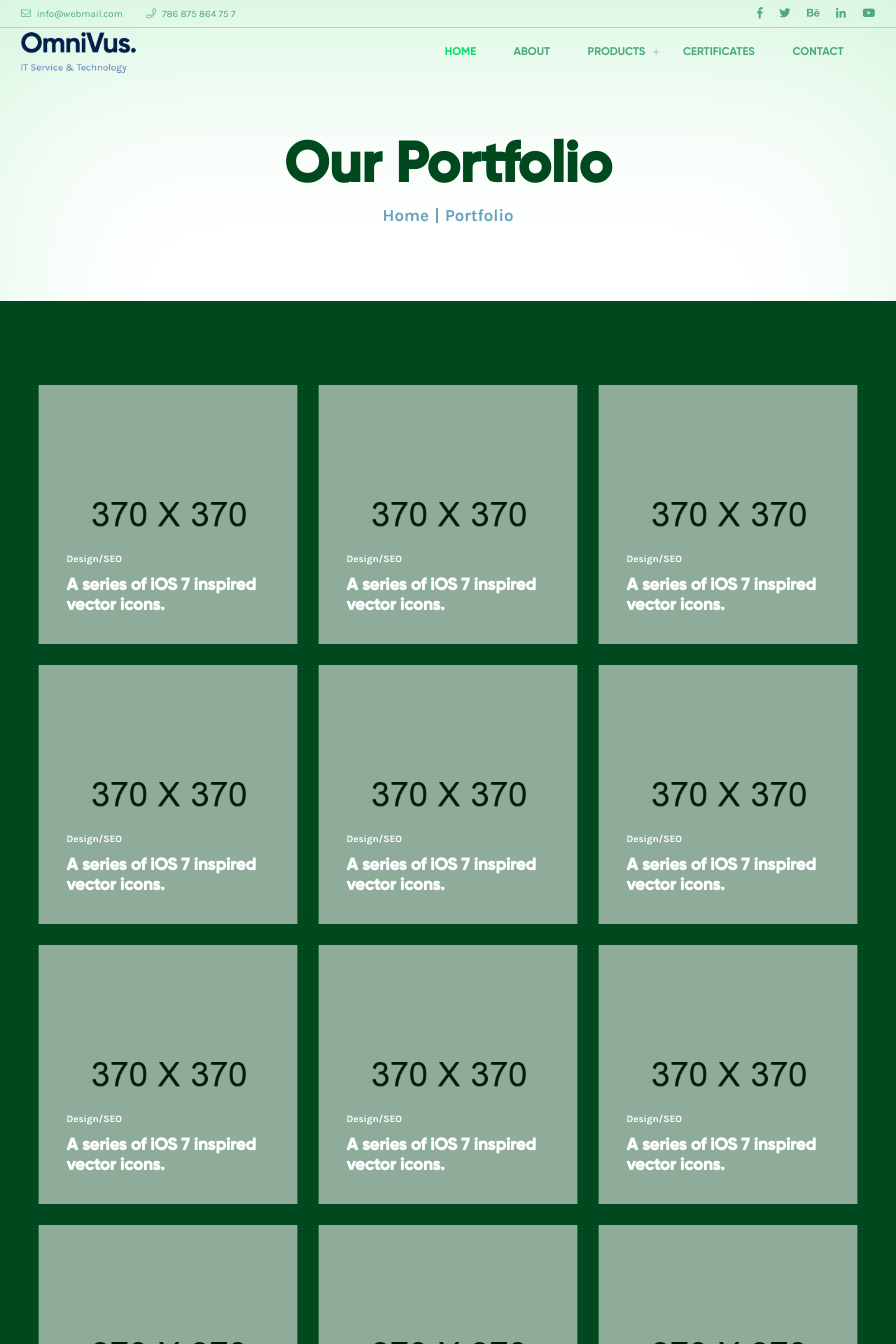
Repository: ziadmoh/alrehab-organic
Page: certificates.html
The author's editor kept a copy of each file at every save. The page is drawn from the files as they stood at one save, then again after the next save.
The browser window is 1280 px wide. The pictures show the part of the page from y = 0 to 1920 px (the page is 3005 px tall before and 2981 px after), at 70% of full size.
The style sheet was rebuilt from its Sass, Less or Tailwind sources for each picture, by a compiler version that may differ from the author's.

Above is the page before, as saved 2023-09-26 12:21:48.

After the next save:
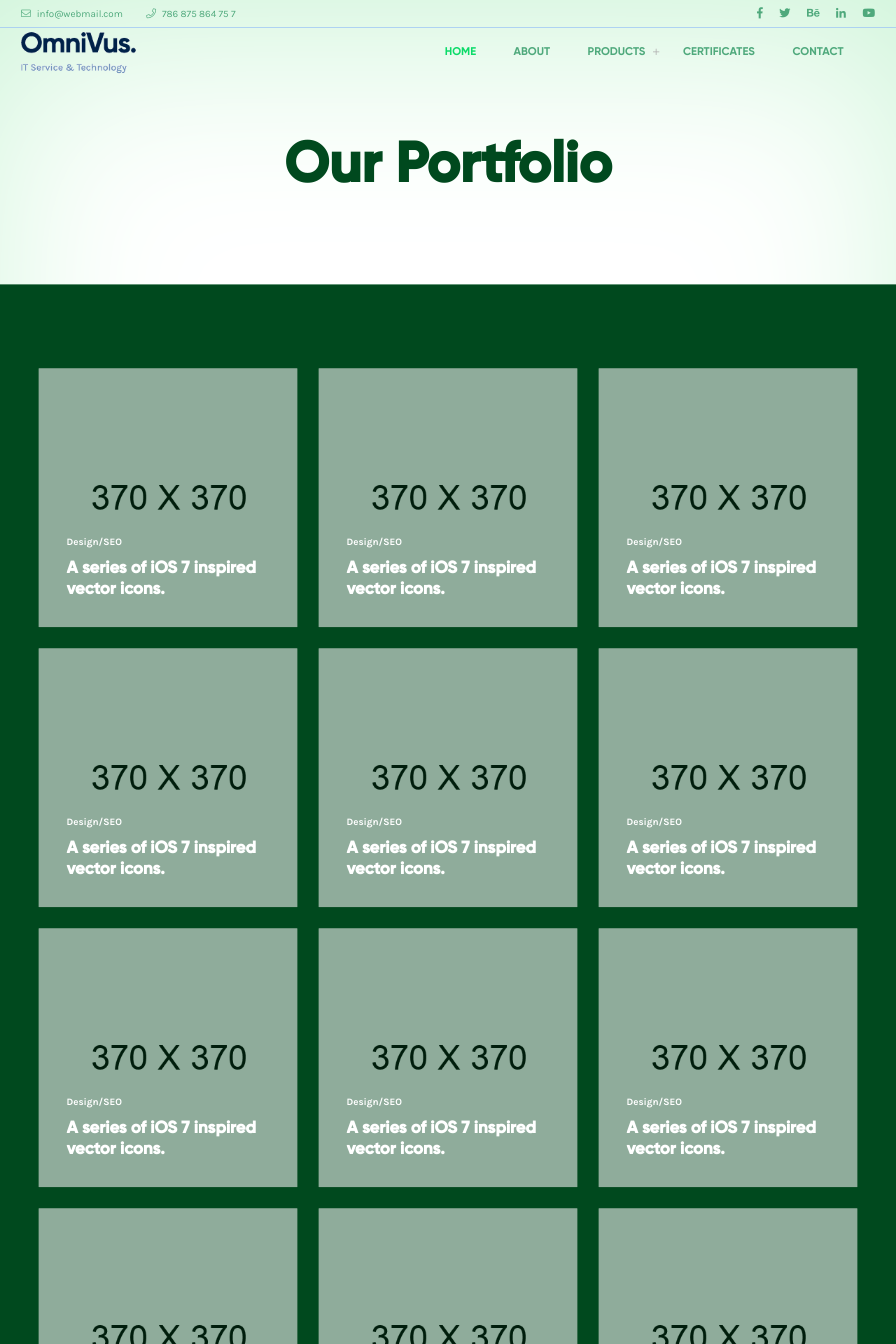
Saved 43 s later.
--- a/certificates.html
+++ b/certificates.html
@@ -115,10 +115,7 @@
     <section class="page-title-area">
         <div class="container">
             <h2 class="title">Our Portfolio</h2>
-            <ul class="breadcrumb-nav">
-                <li><a href="index.html">Home</a></li>
-                <li class="active">Portfolio</li>
-            </ul>
+
         </div>
     </section>
     <!--====== Page Title End ======-->
